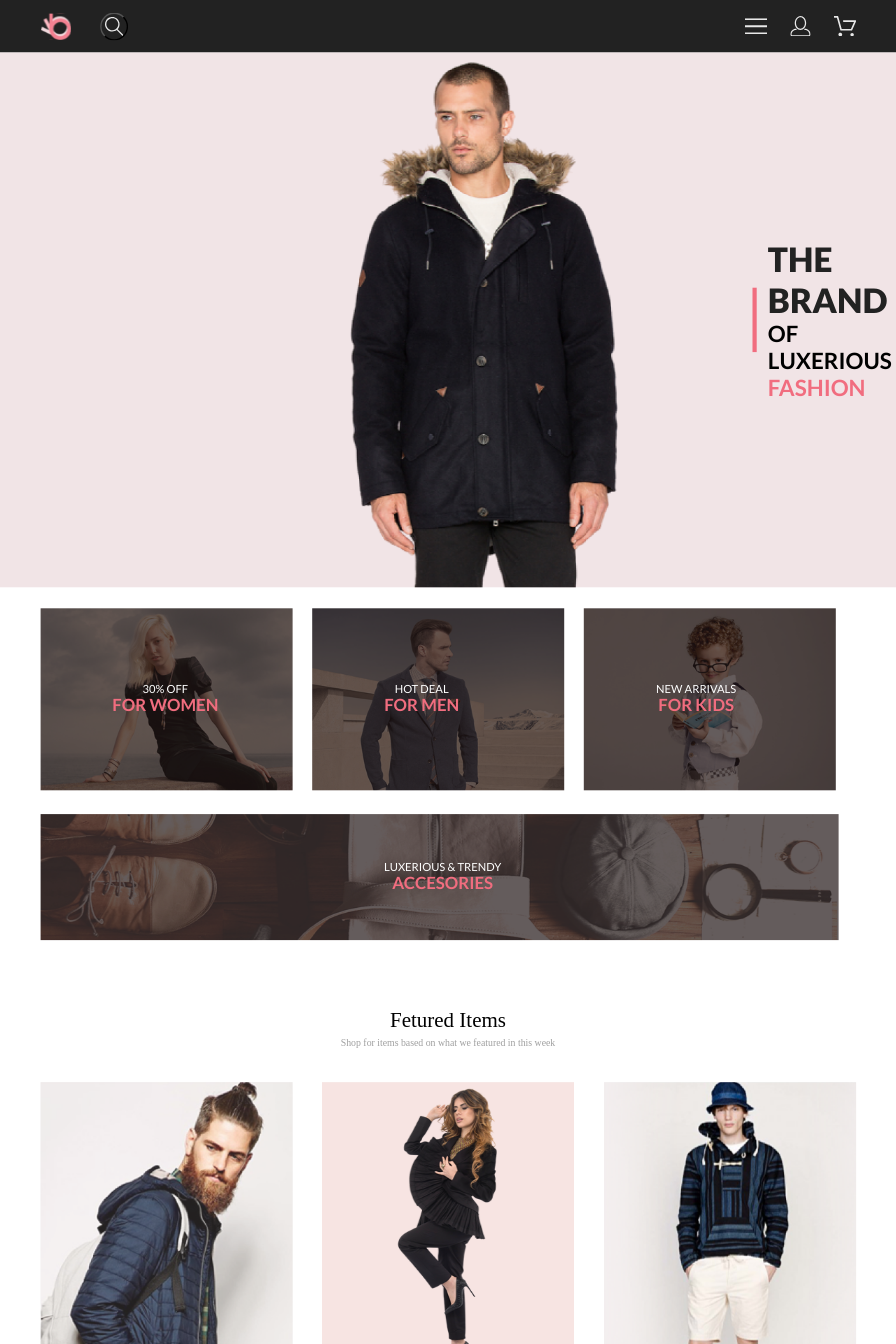
Repository: shtepaa/work-show-linkid
Page: les01/index.html
An editor plug-in stored every save of this project. The page is shown before and after the next save, followed by the edit.
The browser window is 1280 px wide. The pictures show the part of the page from y = 0 to 1920 px (the page is 3886 px tall), at 70% of full size.

Above is the page before, as saved 2022-02-15 11:54:30.

After the next save:
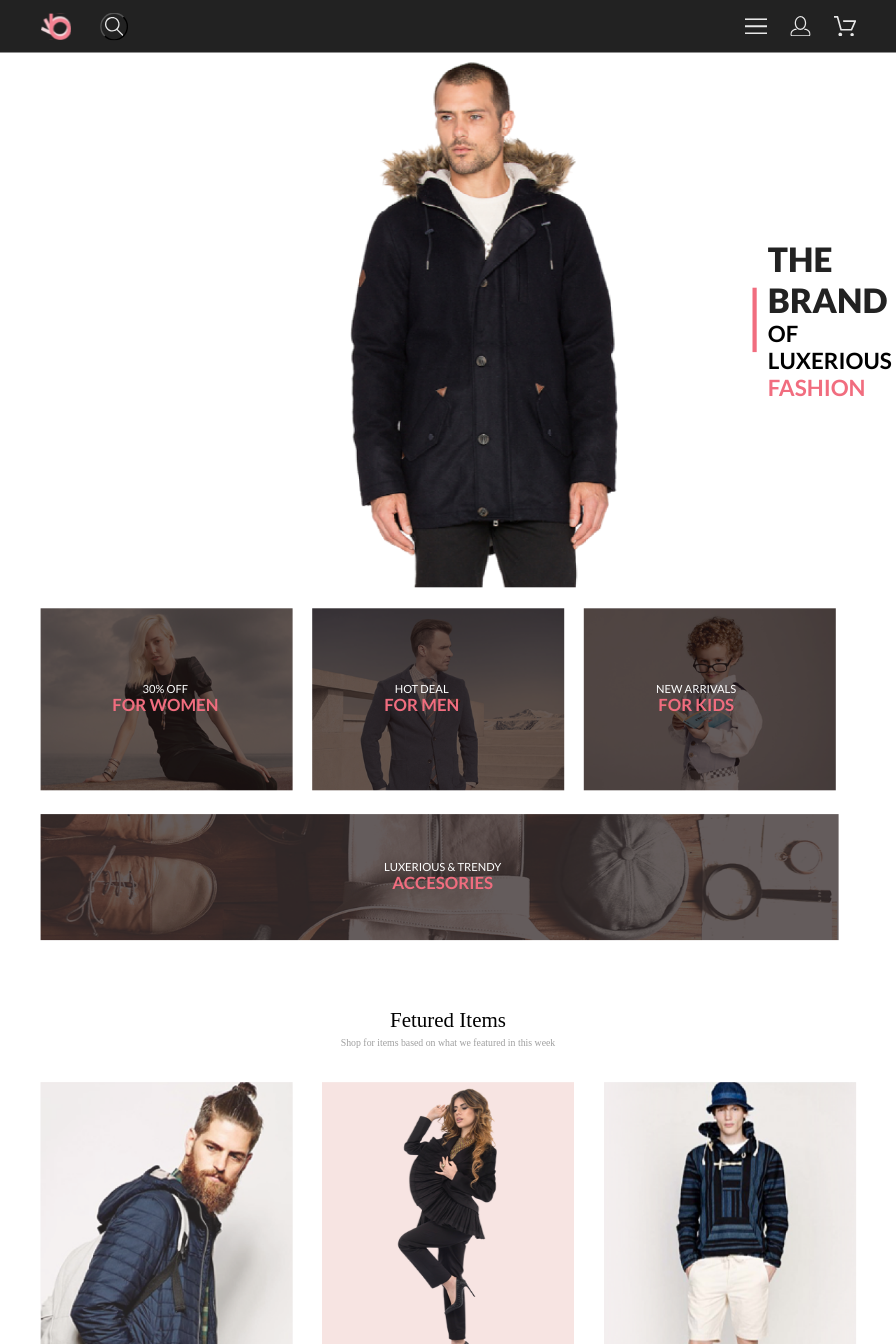
Saved 52 s later.
--- a/les01/style.css
+++ b/les01/style.css
@@ -12,7 +12,7 @@
   height: 75px;
 }
 .header-section {
-  background-color: #f1e4e6;
+  /* background-color: #f1e4e6; */
   display: flex;
   height: 764px;
 }

After the save that followed:
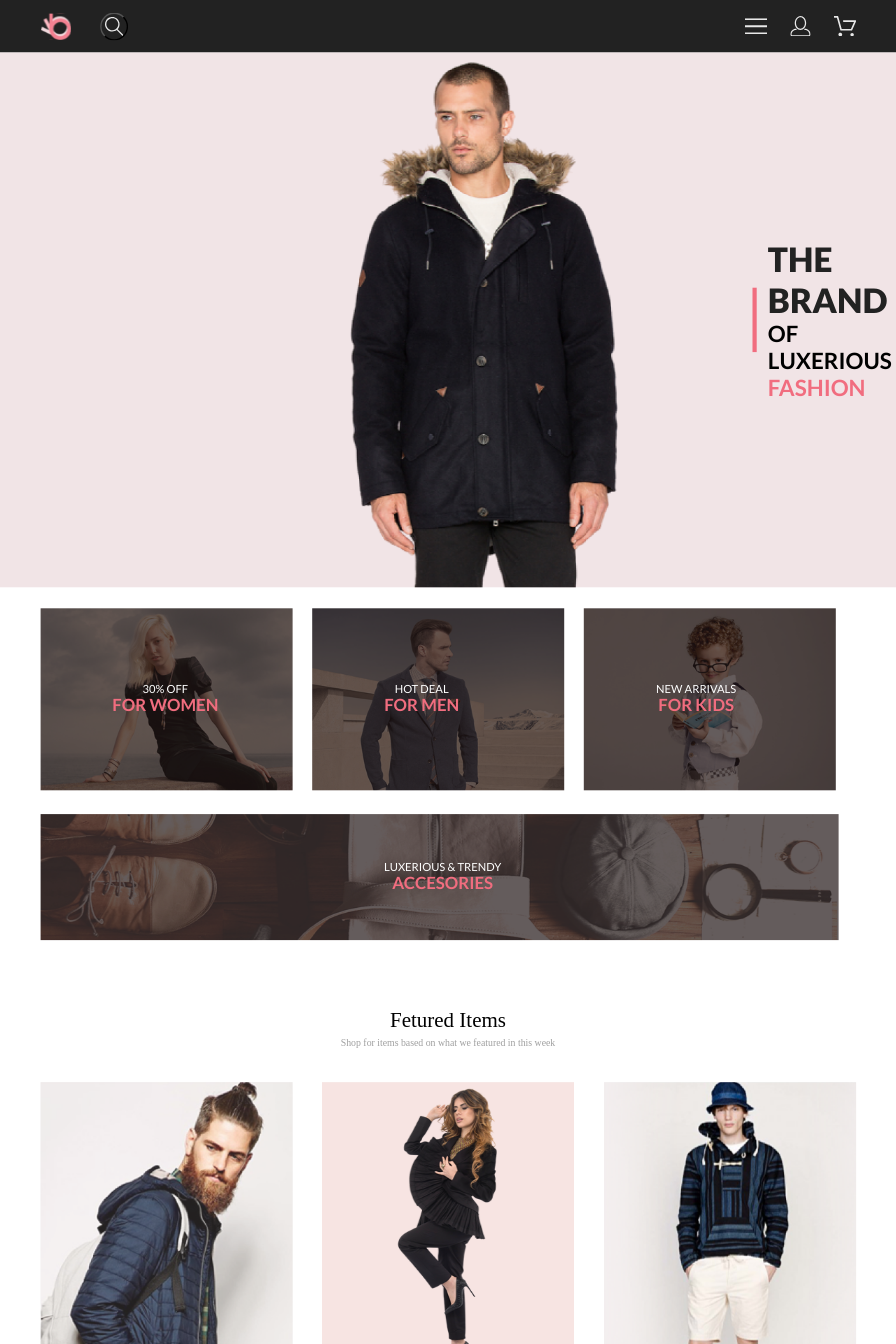
Saved 4 s later.
--- a/les01/style.css
+++ b/les01/style.css
@@ -12,7 +12,7 @@
   height: 75px;
 }
 .header-section {
-  /* background-color: #f1e4e6; */
+  background-color: #f1e4e6;
   display: flex;
   height: 764px;
 }
